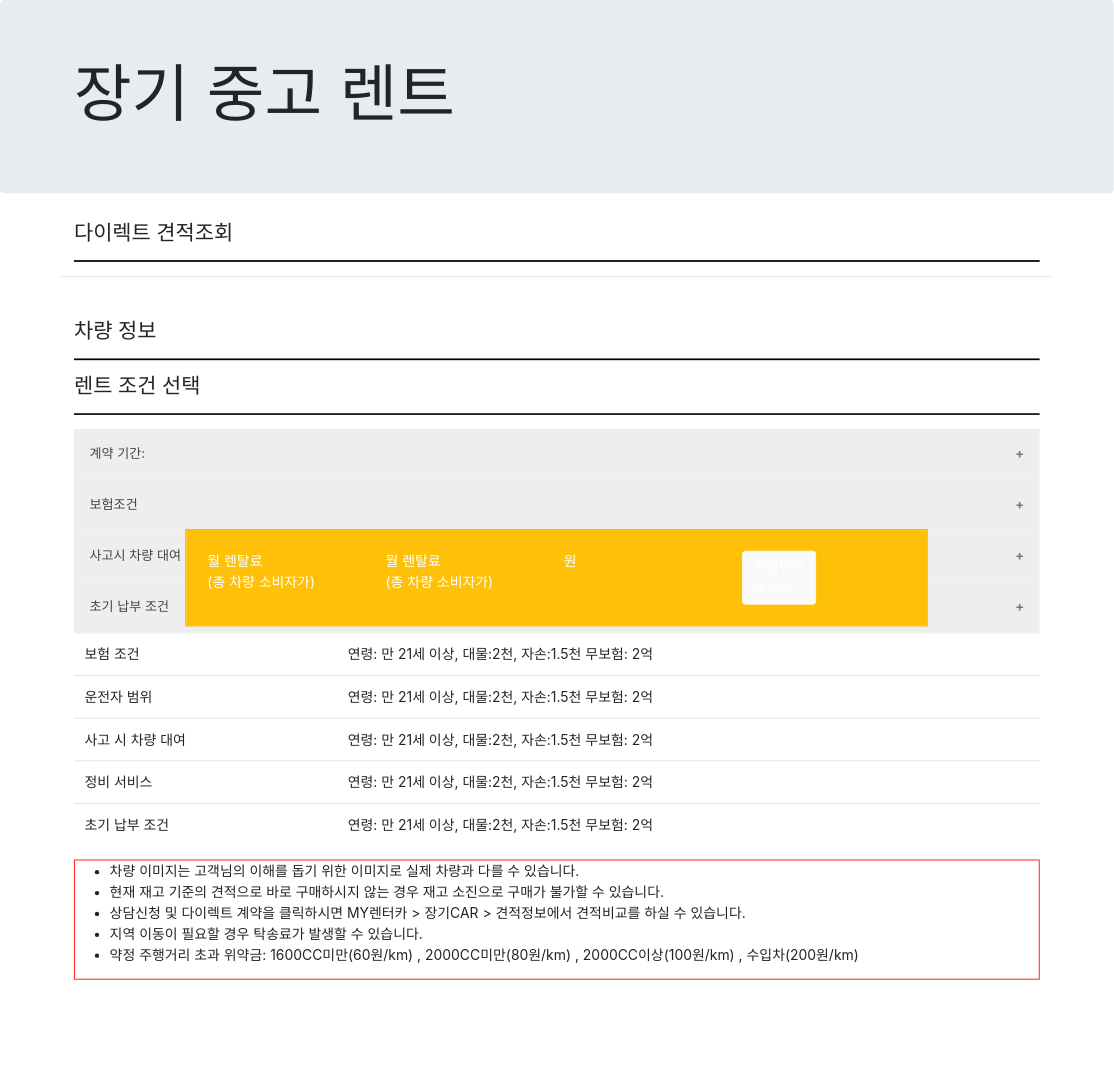
Repository: hyebinkim00/Project
Page: http://localhost/jsp/long_lent_oldcar/carLent.jsp
An editor plug-in stored every save of this project. The page is shown before and after the next save, followed by the edit.
The browser window is 1280 px wide. The pictures show the whole page, at 87% of full size.
The page is served by Tomcat 9. Other server files are loaded and not shown. Queries for data that is not in the repository find no rows.

Above is the page before, as saved 2020-09-18 07:26:07.

### jsp/WebContent/long_lent_oldcar/carLent.jsp
<%@page import="java.net.URLDecoder"%>
<%@page language="java" contentType="text/html; charset=UTF-8" pageEncoding="UTF-8"%>
<%@taglib prefix="c" uri="http://java.sun.com/jsp/jstl/core" %>
<%@taglib prefix="sql" uri="http://java.sun.com/jsp/jstl/sql"  %>
<% request.setCharacterEncoding("utf-8");
//URLEncoder.encode

String carname=request.getParameter("carname");
/* String carname = new String(request.getParameter("carname").getBytes("8859_1"), "EUC-KR"); */

%>

<!DOCTYPE html>
<html>
<head>
<meta name="viewport" content="width=device-width, initial-scale=1">
<style>
.accordion {
  background-color: #eee;
  color: #444;
  cursor: pointer;
  padding: 18px;
  width: 100%;
  border: none;
  text-align: left;
  outline: none;
  font-size: 15px;
  transition: 0.4s;
}

.active, .accordion:hover {
  background-color: #ccc;
}

.accordion:after {
  content: '\002B';
  color: #777;
  font-weight: bold;
  float: right;
  margin-left: 5px;
}

.active:after {
  content: "\2212";
}

.panel {
  padding: 0 18px;
  background-color: white;
  max-height: 0;
  overflow: hidden;
  transition: max-height 0.2s ease-out;
}

div.f{
border: 1px solid red;}
</style>
 <link rel="stylesheet" href="https://maxcdn.bootstrapcdn.com/bootstrap/4.5.2/css/bootstrap.min.css">
<meta charset="UTF-8" />
<title>장기 중고 상세</title>
<script src="https://code.jquery.com/jquery-3.5.1.min.js"></script>
<script src="https://ajax.googleapis.com/ajax/libs/jquery/3.5.1/jquery.min.js"></script>
</head>  <script src="https://maxcdn.bootstrapcdn.com/bootstrap/4.5.2/js/bootstrap.min.js"></script>
<body>
<script type="text/javascript">

		function checkTest1() {

			let testValue = document.getElementById("cntrTermMm1").value;

			document.getElementById("result1").innerHTML = testValue;

		}
</script>

<script type="text/javascript">

		function checkTest2() {

			let testValue = document.getElementById("cntrTermMm2").value;

			document.getElementById("result2").innerHTML = testValue;

		}
</script>

<script type="text/javascript">

		function checkTest4() {
			let testValue = document.getElementById("cntrTermMm4").value;

			let a = document.getElementById("price").value;

			alert(a)
			;
			let d= a-(a* testValue);

			alert(d);

			document.getElementById("mprice").value = d;

			document.getElementById("result4").innerHTML=d+'원';
			let o=document.getElementById("mprice").value;

			alert(o);

		}
</script>

<script>
function go(){
	let form= document.userinput;
	form.submit();

}
</script>



	<div class="jumbotron">
		<div class="container">
			<h1 class="display-3">장기 중고 렌트</h1>
		</div>
	</div>

<div class="container">
<h4>다이렉트 견적조회</h4>
<hr style="border: solid 1px black " />

	<div class="row" style="border: 1px solid #eeeeee">
		<sql:setDataSource var="dataSource"
			url="jdbc:oracle:thin:@localhost:1521:XE"
			driver="oracle.jdbc.driver.OracleDriver"
			user="hr" password="hr"/>
			<sql:query var="resultSet" dataSource="${dataSource}">
			select * from member where id=?
			 <sql:param value="${param.carname}"/>
			</sql:query>
			<c:forEach var="row" items="${resultSet.rows}">
			<div class="col-md-5" style="border-spacing: 5px;">

				<img src="../resources/images/${row.carname}.jpg" style="width: 100%;">
			</div>
			<div class="col-md-1">

			</div>
			<div class="col-md-6">
				<br><br>


				<h3>
				<c:out value="${row.carname}"/>
				</h3>

				<hr>
				<table>
					<tr>
						<td colspan="2"><span><strong>모델명</strong></span></td>
						<td><c:out value="${row.carname}"/></td>
					</tr>
					<tr>
						<td colspan="2"><span><strong>소비자 가</strong></span>  &nbsp; &nbsp; &nbsp;</td>
						<td><c:out value="${row.carprice}"/></td>
					</tr>
					<tr>
						<td colspan="2"><span><strong>계약 기간</strong></span></td>
						<td>최대<c:out value="${row.lent}"/>개월</td>
					</tr>
				</table>
				<hr>
				<p>
					표준렌탈료 &nbsp; &nbsp; &nbsp; <font size="5" color="red"> <c:out value="${row.monthprice }" /></font>원
				</p>

			</div>
			<c:set var="lentt" value="${row.lent}"/>

			</c:forEach>
		</div>



		<div>
		<br><br>
			<h4>차량 정보</h4>
			<hr style="border: solid 1px black " />
			<div>
			<sql:query var="resultSet" dataSource="${dataSource}">
			select * from member where id=?
			 <sql:param value="${param.carname}"/>
			</sql:query>
			<c:forEach var="row" items="${resultSet.rows}">
				<table class="table" id="table">
					<tr>
						<th class="bg-light text-dark">제조사</th>
						<td><c:out value="${row.facname}"></c:out></td>
						<th class="bg-light text-dark">차량번호</th>
						<td><c:out value="${row.id}"></c:out></td>
					</tr>
					<tr>
						<th class="bg-light text-dark">차종</th>
						<td><c:out value="${row.carnum}"></c:out></td>
						<th class="bg-light text-dark">최초 등록일</th>
						<td>2017-10-18</td>
					</tr>
					<tr>
						<th class="bg-light text-dark">모델명</th>
						<td colspan="3"><c:out value="${row.carname}"></c:out></td>
					</tr>
					<tr>
						<th class="bg-light text-dark">제조사차량옵션</th>
						<td colspan="3">4단자동변속기</td>
					</tr>
					<tr>
						<th class="bg-light text-dark" >제조사차량옵션2</th>
						<td colspan="3">-</td>
					</tr>
					<tr>
						<th class="bg-light text-dark">연료</th>
						<td><c:out value="${row.fuel}"/></td>
						<th class="bg-light text-dark">지점</th>
						<td><c:out value="${row.lentoffice}"/></td>
					</tr>

				</table>
				<c:set var="car_price" value="${row.monthprice }"> </c:set>
				<c:set var="car_name" value="${row.carname }"> </c:set>
				<c:set var="lent_office" value="${row.lentoffice }"> </c:set>
				<c:set var="prices" value="${row.carprice }"> </c:set>
				</c:forEach>
			</div>


		</div>

<div>
<h4> 렌트 조건 선택 </h4>
<hr style="border: solid 1px black " />


<form method="post" action="shortTerm_payment_completed.jsp" name="userinput" >

<input type="hidden" id="car" name="car" value="${param.carname}">
<input type="hidden" id="carn" name="carn" value="${car_name}">
<input type="hidden" id="carof" name="carof" value="${lent_office}">

<button type="button" class="accordion">계약 기간: &nbsp;&nbsp;&nbsp;<span id="result1"></span></button>
<div class="panel"><span>차량 운행할수 있는 총 대여기간: &nbsp; &nbsp; &nbsp; &nbsp;</span>
<select name="cntrTermMm1" id="cntrTermMm1" class="option01" onchange="checkTest1()" >
<c:forEach var="i" begin="1" end="${lentt}">
<option value="<c:out value="${i}"/>개월"><c:out value="${i}"/>개월</option>	</c:forEach>

</select>
</div>

<button type="button" class="accordion">보험조건  <span id="result2"></span></button>
<div class="panel"><span>계약기간 총 주행거리 초과 시 위약금 발생   </span>
<select  name="cntrTermMm2" id="cntrTermMm2"  class="option02" onchange="checkTest2()" >
<option value="월 2천 Km이하">월 2천 Km이하</option>
<option value="월 3천 Km이하">월 3천 Km이하</option>
<option value="월 4천 Km이하">월 4천 Km이하</option>
</select>
</div>

<button type="button" class="accordion">사고시 차량 대여  <span id="result3"></span></button>
<div class="panel"><span>사고 시 차량 대여 서비스  </span>
<select  name="cntrTermMm3" id="cntrTermMm3"  class="option03"  >
<option value="yes">포함</option>
<option value="no">불 포함</option>
</select>
</div>

<button type="button" class="accordion">초기 납부 조건 </button>
<div class="panel"><span>할인 조건  </span>
<select  name="cntrTermMm4" id="cntrTermMm4"  class="option04" onchange="checkTest4()" >

<option value="0.05">5% 할인</option>
<option value="0.1">10%할인</option>

</select>
<input type="hidden" id="price" name="price" value="${car_price}">
<input type="hidden" id="mprice" name="mprice">
</div>



</form>

</div>




<table class="table talbe-hover">
<tr><td>보험 조건</td><td>연령: 만 21세 이상, 대물:2천, 자손:1.5천 무보험: 2억</td></tr>
<tr><td>운전자 범위</td><td>연령: 만 21세 이상, 대물:2천, 자손:1.5천 무보험: 2억</td></tr>
<tr><td>사고 시 차량 대여</td><td>연령: 만 21세 이상, 대물:2천, 자손:1.5천 무보험: 2억</td></tr>
<tr><td>정비 서비스</td><td>연령: 만 21세 이상, 대물:2천, 자손:1.5천 무보험: 2억</td></tr>
<tr><td>초기 납부 조건</td><td>연령: 만 21세 이상, 대물:2천, 자손:1.5천 무보험: 2억</td></tr>
</table>

<div class="f">
<ul>
<li>차량 이미지는 고객님의 이해를 돕기 위한 이미지로 실제 차량과 다를 수 있습니다.</li>
<li>현재 재고 기준의 견적으로 바로 구매하시지 않는 경우 재고 소진으로 구매가 불가할 수 있습니다.</li>
<li>상담신청 및 다이렉트 계약을 클릭하시면 <span class="cl-point2">MY렌터카 &gt; 장기CAR &gt; 견적정보</span>에서 견적비교를 하실 수 있습니다.</li>
<li>지역 이동이 필요할 경우 탁송료가 발생할 수 있습니다.</li>
<li>약정 주행거리 초과 위약금: 1600CC미만(60원/km) , 2000CC미만(80원/km) , 2000CC이상(100원/km) , 수입차(200원/km)</li>
</ul>

</div>




</div>



 <br><br><br><br><br>
<div class="container col-sm-8 fixed-bottom "  style="border:1px solid orange;">

  <div class="row d-flex p-3 bg-warning text-white ">
    <div class="col-sm-3 p-2 bg-warning">월 렌탈료<br> (총 차량 소비자가)</div>
    <div class="col-sm-3 p-2 bg-warning">월 렌탈료<br> (총 차량 소비자가)</div>
    <div class="col-sm-3 p-2 bg-warning"><span id="result4"><c:out value="${car_price}" />원</span><br><c:out value="${prices}" /></div>
    <div class="col-sm-3 p-2 bg-warning"><button class="btn btn-light text-white" onclick="go()">지점방문<br>예약하기</button></div>
  </div>


  <c:remove var="car_price"/>
<c:remove var="lentt"/>
<c:remove var="car_name"/>
<c:remove var="lent_office"/>
</div>






<script>
var acc = document.getElementsByClassName("accordion");
var i;

for (i = 0; i < acc.length; i++) {
  acc[i].addEventListener("click", function() {
    this.classList.toggle("active");
    var panel = this.nextElementSibling;
    if (panel.style.maxHeight) {
      panel.style.maxHeight = null;
    } else {
      panel.style.maxHeight = panel.scrollHeight + "px";
    }
  });
}
</script>

</body>
</html>

After the next save:
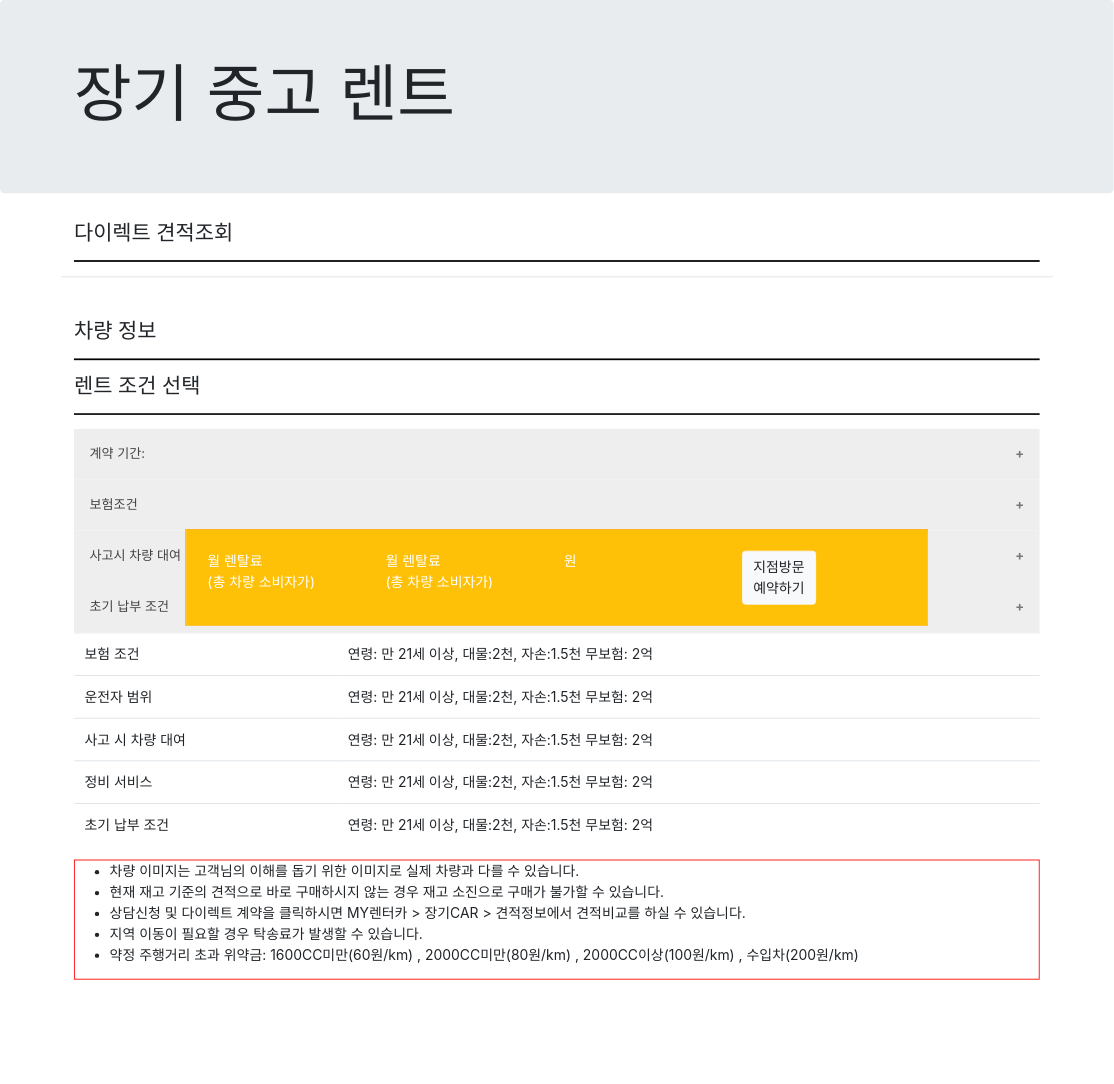
Saved 16 s later.
--- a/jsp/WebContent/long_lent_oldcar/carLent.jsp
+++ b/jsp/WebContent/long_lent_oldcar/carLent.jsp
@@ -324,7 +324,7 @@ function go(){
     <div class="col-sm-3 p-2 bg-warning">월 렌탈료<br> (총 차량 소비자가)</div>
     <div class="col-sm-3 p-2 bg-warning">월 렌탈료<br> (총 차량 소비자가)</div>
     <div class="col-sm-3 p-2 bg-warning"><span id="result4"><c:out value="${car_price}" />원</span><br><c:out value="${prices}" /></div>
-    <div class="col-sm-3 p-2 bg-warning"><button class="btn btn-light text-white" onclick="go()">지점방문<br>예약하기</button></div>
+    <div class="col-sm-3 p-2 bg-warning"><button class="btn btn-light" onclick="go()">지점방문<br>예약하기</button></div>
   </div>
 
 
